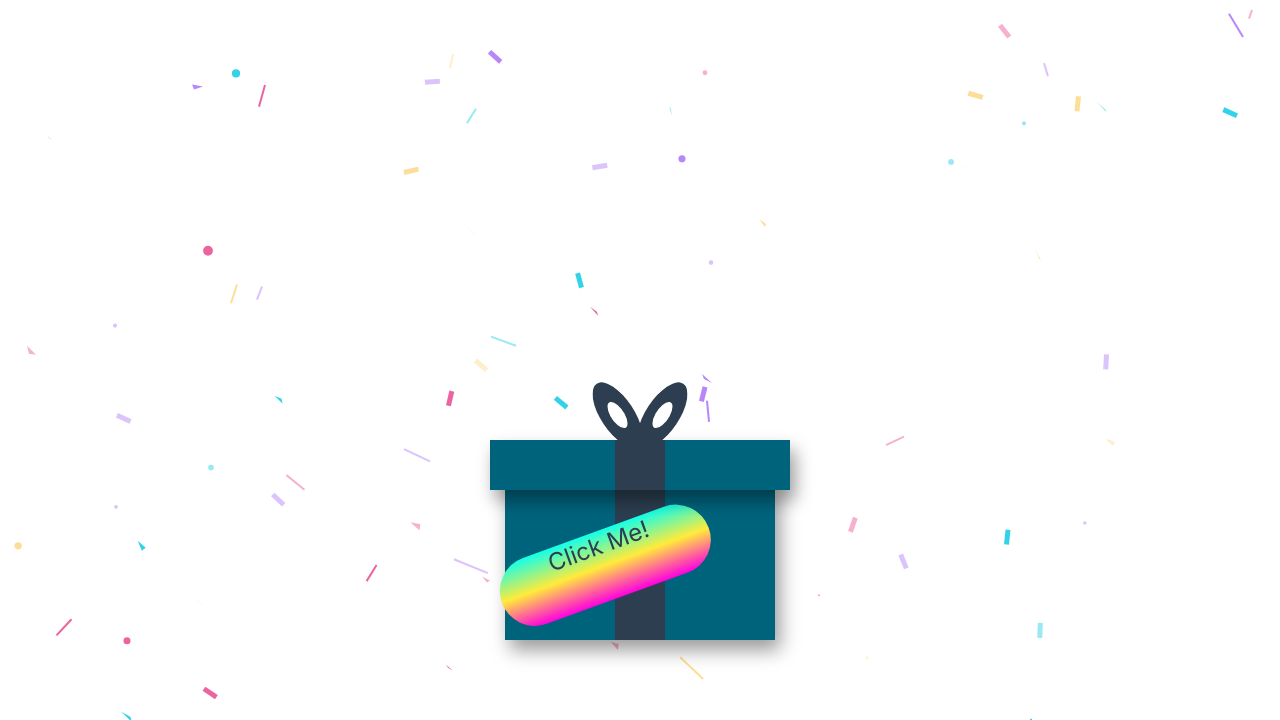
Repository: trongnghia161001/birth_day
Page: index.html
These files come from the project's save history. The page is drawn as it stood at one moment and after the next save; the edit follows.
The browser window is 1280 px wide. The pictures show the whole page.

Above is the page before, as saved 2022-11-14 22:07:07.

After the next save:
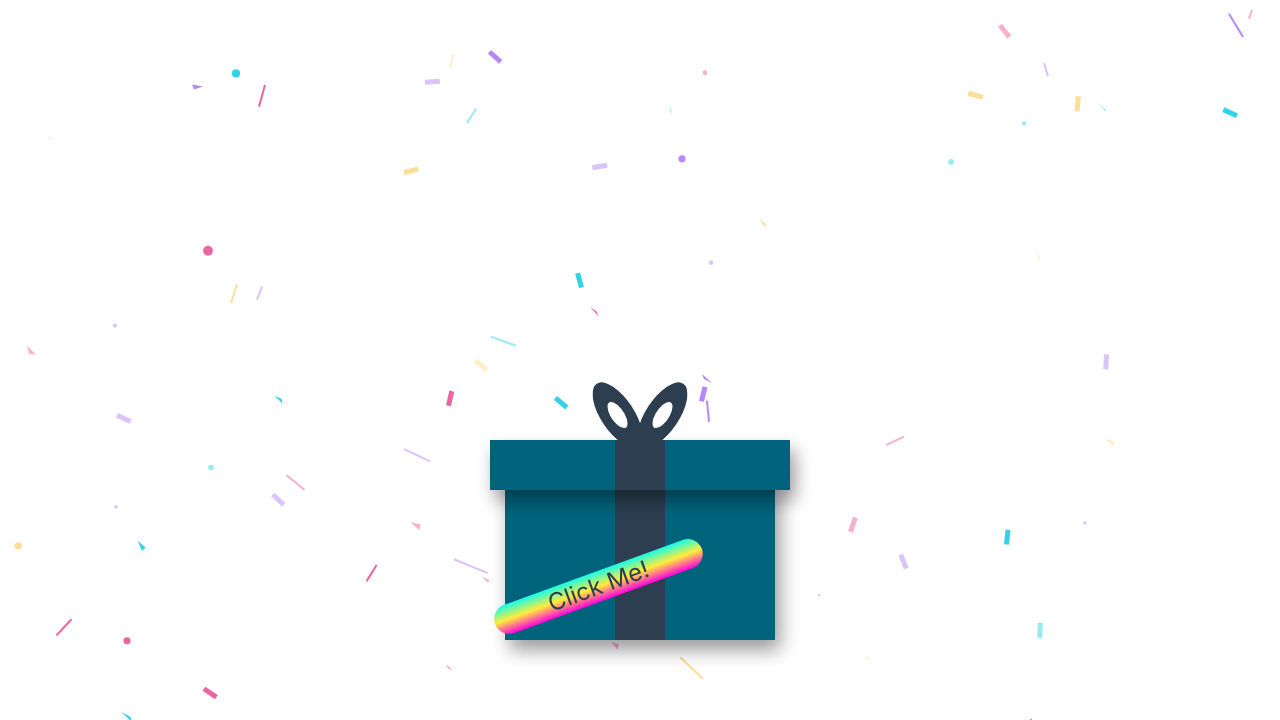
Saved 8 s later.
--- a/styles/style.css
+++ b/styles/style.css
@@ -79,7 +79,7 @@ li span {
   transform: rotate(-20deg);
   transform-origin: 0 0;
   background: linear-gradient(#14ffe9, #ffeb3b, #ff00e0);
-  height: 70px;
+  height: 30px;
   width: 220px;
   border-radius: 50px;
 }
